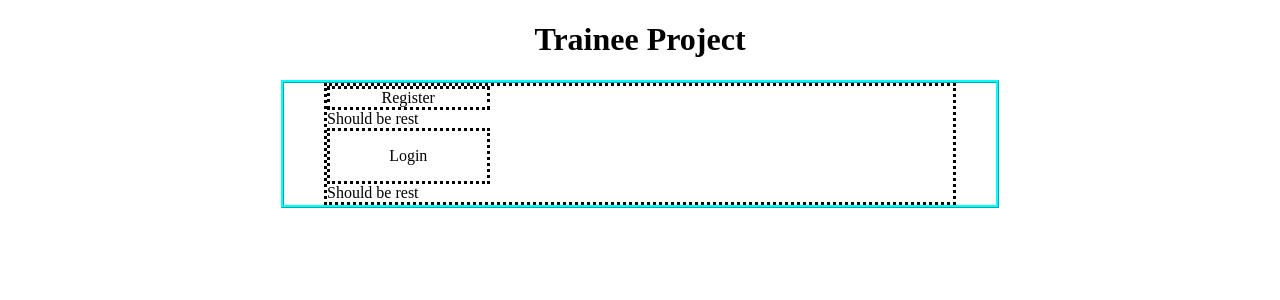
Repository: LsCodeMaster/Training
Page: Trainee/WebContent/trainee.html
These files come from the project's save history. The page is drawn as it stood at one moment and after the next save; the edit follows.
The browser window is 1280 px wide. The pictures show the whole page.

Above is the page before, as saved 2015-09-15 10:01:27.

After the next save:
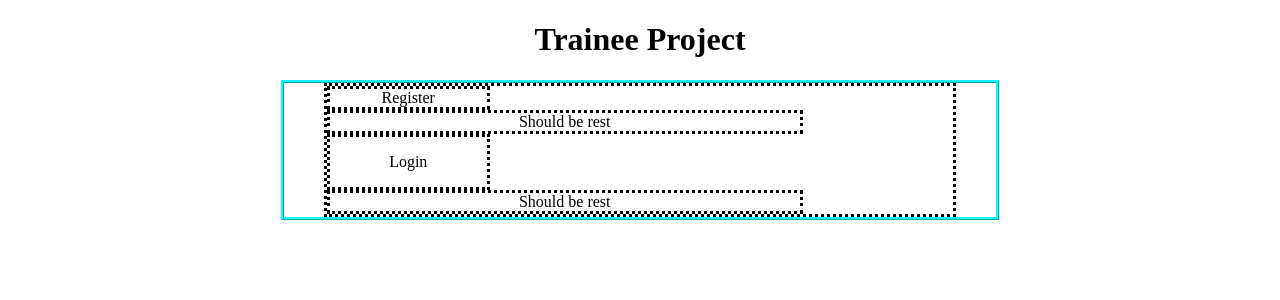
Saved 33 s later.
--- a/Trainee/WebContent/css/style.css
+++ b/Trainee/WebContent/css/style.css
@@ -14,6 +14,11 @@
 	border-style: dotted;
 	text-align: center;
 }
+.centeredBox .loginInfo{
+	width:75%;
+	border-style: dotted;
+	text-align: center;
+}
 h1{
     text-align: center;
 }
